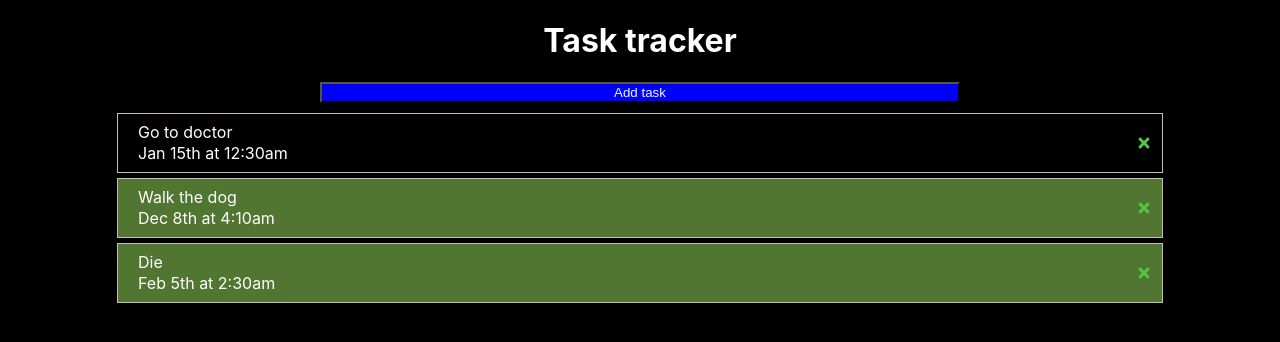
Repository: roscaImarius/task-tracker-react
Page: /
An editor plug-in stored every save of this project. The page is shown before and after the next save, followed by the edit.
The browser window is 1280 px wide. The pictures show the whole page.
The project was rebuilt for these pictures with package versions that can differ from the ones it lists, and the page was loaded fresh each time. Also part of the build but not shown: src/components/AddTask.js.

Above is the page before, as saved 2021-03-31 12:59:21.

### src/App.js
import "./App.css";
import Header from "./components/Header";
import React, { useState } from "react";

function App() {
  const [showAdd, setShowAdd] = useState(false);
  const [tasks, setTasks] = useState([
    {
      id: 1,
      text: "Go to doctor",
      day: "Jan 15th at 12:30am",
      reminder: false,
    },
    {
      id: 2,
      text: "Walk the dog",
      day: "Dec 8th at 4:10am",
      reminder: true,
    },
    {
      id: 3,
      text: "Die",
      day: "Feb 5th at 2:30am",
      reminder: true,
    },
  ]);

  // show add form
  const onClickAdd = () => {
    setShowAdd(!showAdd);
  };

  // save task
  const onSaveTask = (task) => {
    let randId = new Date().getTime();
    const newTask = { id: randId, ...task };
    console.log(newTask);
    setTasks([...tasks, newTask]);
    setShowAdd(false);
  };

  //delete task
  const onDelete = (id) => {
    setTasks(tasks.filter((t) => t.id !== id));
  };
  // Mark task
  const onDubleClick = (id) => {
    setTasks(
      tasks.map((task) =>
        task.id === id ? { ...task, reminder: !task.reminder } : task
      )
    );
  };
  return (
    <div className="App">
      <Header
        showAdd={showAdd}
        setShowAdd={setShowAdd}
        title={"Task tracker"}
        onDelete={onDelete}
        onSaveTask={onSaveTask}
        onClickAdd={onClickAdd}
        onDubleClick={onDubleClick}
        tasks={tasks}
      />
      {tasks.length === 0 ? <p>No tasks to show</p> : null}
    </div>
  );
}

export default App;

### src/App.css
.App {
  text-align: center;
}
body {
  background-color: black;
  color: white;
}

/* HEADER */
.header-container {
  display: flex;
  flex-direction: column;
}
.add-btn {
  background-color: black;
  color: aliceblue;
  margin: auto;
  width: 50%;
}
.task {
  display: flex;
  justify-content: space-between;
  padding-left: 20px;
  margin: auto;
  line-height: 5px;
  margin-bottom: 5px;
  border: 1px solid rgb(204, 186, 186);
  width: 80%;
  text-align: start;
}
.x {
  margin-right: 10px;
  color: rgb(82, 201, 67);
  margin: auto 5px;
  cursor: pointer;
  padding: 5px;
}
.marked {
  background-color: rgba(161, 236, 100, 0.5);
}
/* FORM */
.form-field {
  margin: 0 auto;
  display: flex;
  flex-direction: column;
  text-align: start;
  width: 80%;
  box-sizing: border-box;
}
.form-container {
  margin: auto;
  width: 70%;
  display: inline-block;
  padding: 10px;
  border: 1px solid gray;
  margin-bottom: 10px;
}

### src/components/Header.js
import React from "react";
import PropTypes from "prop-types";
import Tasks from "./Tasks";
import Button from "./Button";
import AddTask from "./AddTask";

const Header = ({
  title,
  onClickAdd,
  onDelete,
  onSaveTask,
  onDubleClick,
  tasks,
  showAdd,
  setShowAdd,
}) => {
  return (
    <header className="header-container">
      <h1>{title}</h1>
      <Button
        onClick={onClickAdd}
        showAdd={showAdd}
        setShowAdd={setShowAdd}
        // color="yellow"
      />
      {showAdd && <AddTask onSaveTask={onSaveTask} />}
      <Tasks onDelete={onDelete} onDubleClick={onDubleClick} tasks={tasks} />
    </header>
  );
};

Header.defaultProps = {
  title: "Task tracker",
};

Header.propTypes = {
  title: PropTypes.string.isRequired,
};

export default Header;

### src/components/Tasks.js
import React from "react";
import Task from "./Task";

const Tasks = ({ tasks, onDubleClick, onDelete }) => {
  return (
    <div>
      {tasks.map((t) => (
        <Task
          key={t.id}
          onDubleClick={onDubleClick}
          onDelete={onDelete}
          t={t}
        />
      ))}
    </div>
  );
};

export default Tasks;

### src/components/Button.js
import React from "react";

const Button = ({ color, showAdd, onClick }) => {
  return (
    <button
      onClick={onClick}
      style={{ backgroundColor: color, marginBottom: "10px" }}
      className="add-btn"
    >
      {showAdd ? "Cancel add task " : "Add task"}
    </button>
  );
};
Button.defaultProps = {
  color: "blue",
};

export default Button;

### src/components/Task.js
import React from "react";
import { FaTimes } from "react-icons/fa";

const Task = ({ t, onDubleClick, onDelete }) => {
  return (
    <div
      onDoubleClick={() => onDubleClick(t.id)}
      className={t.reminder ? "marked task" : "task"}
    >
      <div>
        <p>{t.text}</p>
        <p>{t.day}</p>
      </div>
      <FaTimes className="x" onClick={() => onDelete(t.id)} />
    </div>
  );
};

export default Task;

Loaded but not shown: public/index.html (common file); src/index.js (common file); src/index.css (common file); src/reportWebVitals.js (common file)

After the next save:
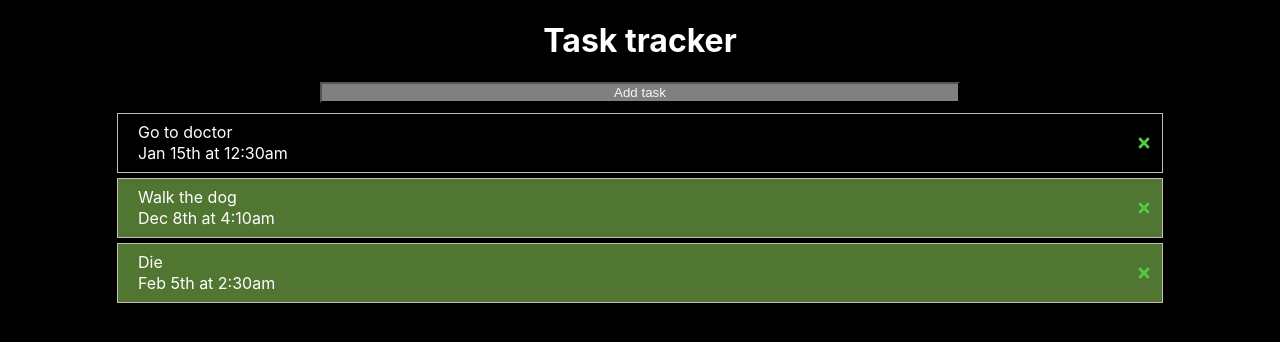
Saved 14 s later.
--- a/src/components/Button.js
+++ b/src/components/Button.js
@@ -12,7 +12,7 @@ const Button = ({ color, showAdd, onClick }) => {
   );
 };
 Button.defaultProps = {
-  color: "blue",
+  color: "gray",
 };
 
 export default Button;
